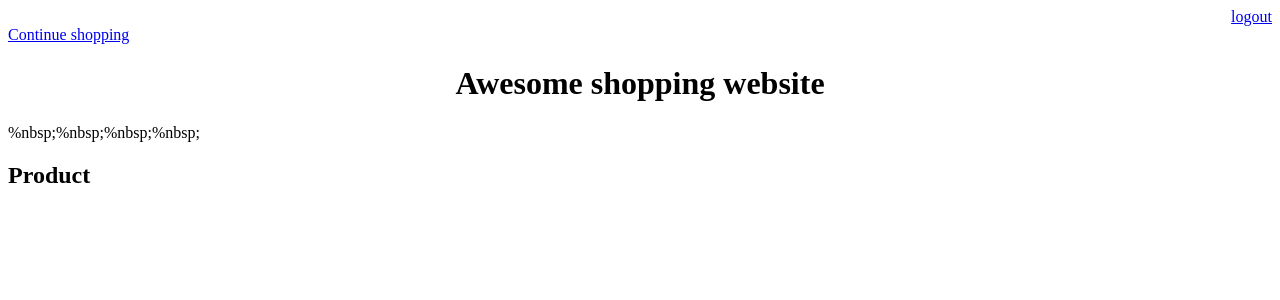
Repository: balu-sadanandan/demo-Shopping-cart-application
Page: http://localhost/shopping-cart/proddesc.jsp
These files come from the project's save history. The page is drawn as it stood at one moment and after the next save; the edit follows.
The browser window is 1280 px wide. The pictures show the whole page.
The page is served by Tomcat 9.

Above is the page before, as saved 2017-09-19 04:45:56.

After the next save:
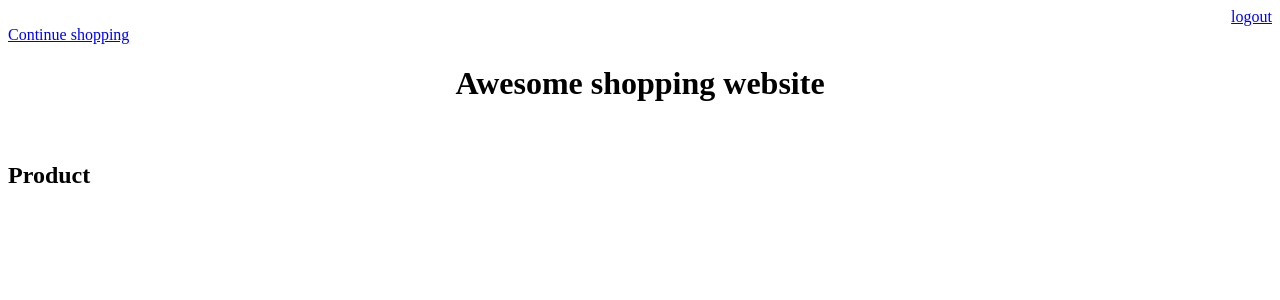
Saved 22 s later.
--- a/shopping-cart/WebContent/proddesc.jsp
+++ b/shopping-cart/WebContent/proddesc.jsp
@@ -20,7 +20,7 @@
     </center>
    </div>
    <div align="left">
-   %nbsp;%nbsp;%nbsp;%nbsp;
+   &nbsp;&nbsp;&nbsp;&nbsp;
     <h2>Product</h2>
 </div>
 
